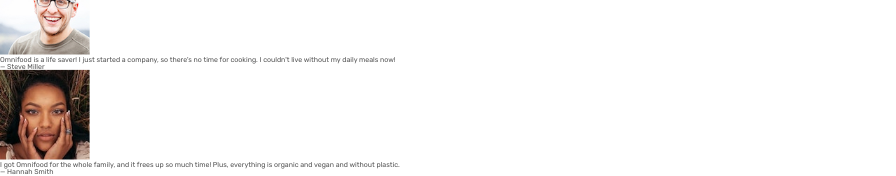
Repository: TranPhucThinh/Omnifood
Page: index.html
The author's editor kept a copy of each file at every save. The page is drawn from the files as they stood at one save, then again after the next save.
The browser window is 1280 px wide. The pictures show the part of the page from y = 4127 to 6047 px (the page is 4378 px tall before and 14001 px after), at 70% of full size.

Above is the page before, as saved 2022-08-06 21:29:06.

### index.html
<!DOCTYPE html>
<html lang="en">

<head>
    <meta charset="UTF-8">
    <meta http-equiv="X-UA-Compatible" content="IE=edge">
    <meta name="viewport" content="width=device-width, initial-scale=1.0">

    <link rel="preconnect" href="https://fonts.googleapis.com">
    <link rel="preconnect" href="https://fonts.gstatic.com" crossorigin>
    <link href="https://fonts.googleapis.com/css2?family=Rubik:wght@300;400;500;600;700;800;900&display=swap"
        rel="stylesheet">

    <link rel="stylesheet" href="./assets/styles/general.css">
    <link rel="stylesheet" href="./assets/styles/style.css">

    <title>Omnifood</title>
</head>

<body>
    <!-- SECTION HEADER -->
    <div class="header">
        <a href="#">
            <img src="./assets/imgs/omnifood-logo.png" alt="Omnifood logo" class="header-logo">
        </a>
        <nav class="main-nav">
            <ul class="main-nav-list">
                <li>
                    <a href="#" class="main-nav-link">How it works</a>
                </li>
                <li>
                    <a href="#" class="main-nav-link">Meals</a>
                </li>
                <li>
                    <a href="#" class="main-nav-link">Testimonials</a>
                </li>
                <li>
                    <a href="#" class="main-nav-link">Pricing</a>
                </li>
                <li>
                    <a href="#" class="main-nav-link nav-btn">Try for free</a>
                </li>
            </ul>
        </nav>
    </div>
    <!-- End of SECTION HEADER -->

    <!-- SECTION HERO -->
    <section class="section-hero">
        <div class="hero">
            <div class="hero-text-box">
                <h1 class="heading-primary">A healthy meal delivered to your door, every single day</h1>
                <p class="hero-desc margin-bottom-md">The smart 365-days-per-year food subscription that will make you
                    eat healthy again.
                    Tailored to your personal tastes and nutritional needs.</p>
                <a href="#" class="btn btn--full margin-right-sm">Start eating well</a>
                <a href="#" class="btn btn--outline">Learn more ⬇</a>
                <div class="delivered-meals">
                    <div class="delivered-imgs">
                        <img src="./assets/imgs/customers/customer-1.jpg" alt="customer 1">
                        <img src="./assets/imgs/customers/customer-2.jpg" alt="customer 2">
                        <img src="./assets/imgs/customers/customer-3.jpg" alt="customer 3">
                        <img src="./assets/imgs/customers/customer-4.jpg" alt="customer 4">
                        <img src="./assets/imgs/customers/customer-5.jpg" alt="customer 5">
                        <img src="./assets/imgs/customers/customer-6.jpg" alt="customer 6">
                    </div>
                    <p class="delivered-text">
                        <span>250,000+</span> meals delivered last year!
                    </p>
                </div>
            </div>
            <div class="hero-img-box">
                <img src="./assets/imgs/hero.png"
                    alt="woman enjoy food, meals in storage container, and food bowls on a table" class="hero-img">
            </div>
        </div>
    </section>
    <!-- End of SECTION HERO -->

    <!-- SECTION FEATURED -->
    <section class="section-featured">
        <div class="container">
            <h2 class="heading-feature-in">As featured in</h2>
            <div class="logos">
                <img src="./assets/imgs/logos/techcrunch.png" alt="Techcrunch logo">
                <img src="./assets/imgs/logos/business-insider.png" alt="business insider logo">
                <img src="./assets/imgs/logos/the-new-york-times.png" alt="The new york time logo">
                <img src="./assets/imgs/logos/forbes.png" alt="Forbes logo">
                <img src="./assets/imgs/logos/usa-today.png" alt="Usa today logo">
            </div>
        </div>
    </section>
    <!-- End of SECTION FEATURED -->

    <!-- SECTION HOW IT WORKS -->
    <section class="section-how">
        <div class="container">
            <p class="subheading">HOW IT WORKS</p>
            <h2 class="heading-secondary">Your daily dose of health in 3 simple steps</h2>
        </div>
        <div class="container grid grid--2-cols grid--center-vertical">
            <!-- STEP 1 -->
            <div class="step-text-box">
                <div class="step-number">01</div>
                <h3 class="heading-tertiary">Tell us what you like (and what not)</h3>
                <p class="step-desc">Never again waste time thinking about what to eat! Omnifood AI will create a 100%
                    personalized weekly meal plan just for you. It makes sure you get all the nutrients and vitamins you
                    need, no matter what diet you follow!</p>
            </div>
            <div class="step-img-box">
                <img src="./assets/imgs/app/app-screen-1.png" alt="iPhone app preferences selection screen"
                    class="step-img">
            </div>

            <!-- STEP 2 -->
            <div class="step-img-box">
                <img src="./assets/imgs/app/app-screen-2.png" alt="iPhone app
                meal approving plan screen" class="step-img">
            </div>
            <div class="step-text-box">
                <div class="step-number">02</div>
                <h3 class="heading-tertiary">Approve your weekly meal plan</h3>
                <p class="step-desc">Once per week, approve the meal plan generated for you by Omnifood AI. You can
                    change ingredients, swap entire meals, or even add your own recipes.</p>
            </div>

            <!-- STEP 3 -->
            <div class="step-text-box">
                <div class="step-number">03</div>
                <h3 class="heading-tertiary">Receive meals at convenient time</h3>
                <p class="step-desc">Best chefs in town will cook your selected meal every day, and we will deliver it
                    to your door whenever works best for you. You can change delivery schedule and address daily!</p>
            </div>
            <div class="step-img-box">
                <img src="./assets/imgs/app/app-screen-3.png" alt="iPhone app
                delivery screen" class="step-img">
            </div>
        </div>
    </section>
    <!-- End of SECTION HOW IT WORKS -->

    <!-- SECTION MEALS -->
    <section class="section-meals">
        <div class="container center-text">
            <p class="subheading">Meals</p>
            <h2 class="heading-secondary">Omnifood AI chooses from 5,000+ recipes</h2>
        </div>
        <div class="container grid grid--3-cols margin-bottom-md">
            <div class="meal">
                <img src="./assets/imgs/meals/meal-1.jpg" alt="Japanese Gyozas" class="meal-img">
                <div class="meal-content">
                    <div class="meal-tag">
                        <p class="tag tag--vegetarian">vegetarian</p>
                    </div>
                    <p class="meal-title">Japanese Gyozas</p>
                    <ul class="meal-attributes">
                        <li class="meal-attribute">
                            <ion-icon class="meal-icon" name="flame-outline"></ion-icon>
                            <span><strong>650</strong> calories</span>
                        </li>
                        <li class="meal-attribute">
                            <ion-icon class="meal-icon" name="restaurant-outline"></ion-icon>
                            <span>NutriScore ® <strong>74</strong></span>
                        </li>
                        <li class="meal-attribute">
                            <ion-icon class="meal-icon" name="star-outline"></ion-icon>
                            <span><strong>4.9</strong> rating (537)</span>
                        </li>
                    </ul>
                </div>
            </div>
            <div class="meal">
                <img src="./assets/imgs/meals/meal-2.jpg" alt="Avocado Salad" class="meal-img">
                <div class="meal-content">
                    <div class="meal-tag">
                        <p class="tag tag--vegan">vegan</p>
                        <p class="tag tag---paleo">paleo</p>
                    </div>
                    <p class="meal-title">Avocado Salad</p>
                    <ul class="meal-attributes">
                        <li class="meal-attribute">
                            <ion-icon class="meal-icon" name="flame-outline"></ion-icon>
                            <span><strong>400</strong> calories</span>
                        </li>
                        <li class="meal-attribute">
                            <ion-icon class="meal-icon" name="restaurant-outline"></ion-icon>
                            <span>NutriScore ® <strong>92</strong></span>
                        </li>
                        <li class="meal-attribute">
                            <ion-icon class="meal-icon" name="star-outline"></ion-icon>
                            <span><strong>4.8</strong> rating (441)</span>
                        </li>
                    </ul>
                </div>
            </div>
            <div class="diet">
                <h3 class="heading-tertiary">Works with any diet:</h3>
                <ul class="list">
                    <li class="list-item">
                        <ion-icon class="list-icon" name="checkmark-outline"></ion-icon>
                        <span>Vegetarian</span>
                    </li>
                    <li class="list-item">
                        <ion-icon class="list-icon" name="checkmark-outline"></ion-icon>
                        <span>Vegan</span>
                    </li>
                    <li class="list-item">
                        <ion-icon class="list-icon" name="checkmark-outline"></ion-icon>
                        <span>Pescatarian</span>
                    </li>
                    <li class="list-item">
                        <ion-icon class="list-icon" name="checkmark-outline"></ion-icon>
                        <span>Gluten-free</span>
                    </li>
                    <li class="list-item">
                        <ion-icon class="list-icon" name="checkmark-outline"></ion-icon>
                        <span>Lactose-free</span>
                    </li>
                    <li class="list-item">
                        <ion-icon class="list-icon" name="checkmark-outline"></ion-icon>
                        <span>Keto</span>
                    </li>
                    <li class="list-item">
                        <ion-icon class="list-icon" name="checkmark-outline"></ion-icon>
                        <span>Paleo</span>
                    </li>
                    <li class="list-item">
                        <ion-icon class="list-icon" name="checkmark-outline"></ion-icon>
                        <span>Low FODMAP</span>
                    </li>
                    <li class="list-item">
                        <ion-icon class="list-icon" name="checkmark-outline"></ion-icon>
                        <span>Kid-friendly</span>
                    </li>
                </ul>
            </div>
        </div>
        <div class="container all-recipes center-text">
            <a href="#" class="link">See all recipes ➡</a>
        </div>
    </section>
    <!-- End of SECTION MEALS -->

    <!-- SECTION TESTIMONIALS -->
    <div class="section-testimonials">
        <div class="testimonials-container">
            <div class="subheading">testimonials</div>
            <div class="heading-secondary">Once you try it, you can't go back</div>
            <div class="testimonials">
                <div class="testimonial">
                    <img src="./assets/imgs/customers/dave.jpg" alt="Photo of customer Dave Bryson"
                        class="testimonial-img">
                    <blockquote class="testimonial-text">Inexpensive, healthy and great-tasting meals, without even
                        having to order manually! It feels truly magical.</blockquote>
                    <p class="testimonial-name">— Dave Bryson</p>
                </div>
                <div class="testimonial">
                    <img src="./assets/imgs/customers/ben.jpg" alt="Photo of customer Ben Hadley"
                        class="testimonial-img">
                    <blockquote class="testimonial-text">The AI algorithm is crazy good, it chooses the right meals for
                        me every time. It's amazing not to worry about food anymore!</blockquote>
                    <p class="testimonial-name">— Ben Hadley</p>
                </div>
                <div class="testimonial">
                    <img src="./assets/imgs/customers/steve.jpg" alt="Photo of customer Steve Miller"
                        class="testimonial-img">
                    <blockquote class="testimonial-text">Omnifood is a life saver! I just started a company, so there's
                        no time for cooking. I couldn't live without my daily meals now!</blockquote>
                    <p class="testimonial-name">— Steve Miller</p>
                </div>
                <div class="testimonial">
                    <img src="./assets/imgs/customers/hannah.jpg" alt="Photo of customer Hannah Smith"
                        class="testimonial-img">
                    <blockquote class="testimonial-text">I got Omnifood for the whole family, and it frees up so much
                        time! Plus, everything is organic and vegan and without plastic.</blockquote>
                    <p class="testimonial-name">— Hannah Smith</p>
                </div>
            </div>
        </div>
        <div class="gallery">

        </div>
    </div>
    <!-- End of SECTION TESTIMONIALS -->

    <script type="module" src="https://unpkg.com/ionicons@5.5.2/dist/ionicons/ionicons.esm.js"></script>
    <script nomodule src="https://unpkg.com/ionicons@5.5.2/dist/ionicons/ionicons.js"></script>
</body>

</html>

### assets/styles/general.css
* {
  margin: 0;
  padding: 0;
  box-sizing: border-box;
}

html {
  font-size: 62.5%;
}

body {
  font-family: 'Rubik', sans-serif;
  line-height: 1;
  font-weight: 400;
  color: #555;
}

/* GENERAL REUSABLE COMPONENTS */
.container {
  max-width: 120rem;
  padding: 0 3.2rem;
  margin: 0 auto;
}

.grid {
  display: grid;
  row-gap: 9.6rem;
  column-gap: 6.4rem;
}

.grid--2-cols {
  grid-template-columns: repeat(2, 1fr);
}

.grid--3-cols {
  grid-template-columns: repeat(3, 1fr);
}

.grid--4-cols {
  grid-template-columns: repeat(4, 1fr);
}

.grid--center-vertical {
  align-items: center;
}

.heading-primary,
.heading-secondary,
.heading-tertiary {
  letter-spacing: -0.5px;
  color: #333;
  font-weight: 700;
}

.heading-primary {
  line-height: 1.05;
  font-size: 5.2rem;
  margin-bottom: 3.2rem;
}

.heading-secondary {
  font-size: 4.4rem;
  line-height: 1.2;
  margin-bottom: 9.6rem;
}

.heading-tertiary {
  font-size: 3rem;
  line-height: 1.2;
  margin-bottom: 3.2rem;
}

.subheading {
  font-size: 1.6rem;
  color: #cf711f;
  margin-bottom: 1.6rem;
  font-weight: 500;
  letter-spacing: 0.75px;
}

.hero-text-box .btn:link,
.hero-text-box .btn:visited {
  text-decoration: none;
  font-size: 2rem;
  font-weight: 600;
  display: inline-block;
  border-radius: 8px;
  padding: 1.6rem 3.2rem;
  transition: all 0.3s;
}

.hero-text-box .btn--full:link,
.hero-text-box .btn--full:visited {
  color: #fff;
  background-color: #e67e22;
}

.hero-text-box .btn--full:hover,
.hero-text-box .btn--full:active {
  background-color: #cf711f;
}

.hero-text-box .btn--outline:link,
.hero-text-box .btn--outline:visited {
  color: #555;
  background-color: #fff;
  border: -4px solid #fff;
}

.hero-text-box .btn--outline:hover,
.hero-text-box .btn--outline:active {
  background-color: #fdf2e9;
}

.step-img-box::before,
.step-img-box::after {
  content: '';
  display: block;
  position: absolute;
  top: 50%;
  left: 50%;
  transform: translate(-50%, -50%);
  border-radius: 50%;
}

.center-text {
  text-align: center;
}

.margin-right-sm {
  margin-right: 1.6rem !important;
}

.margin-bottom-md {
  margin-bottom: 4.8rem !important;
}
/* END of GENERAL REUSABLE COMPONENTS */

### assets/styles/style.css
/* Section Header */
.header {
  display: flex;
  justify-content: space-between;
  height: 9.6rem;
  align-items: center;
  padding: 0 4.8rem;
  background-color: #fdf2e9;
}

.header-logo {
  height: 2.2rem;
}

.main-nav-list {
  display: flex;
  list-style-type: none;
  gap: 3.2rem;
}

.main-nav-link:link,
.main-nav-link:visited {
  text-decoration: none;
  font-size: 1.8rem;
  color: #333;
  font-weight: 500;
  transition: all 0.3s;
}

.main-nav-link:hover,
.main-nav-link:active {
  color: #cf711f;
}

.main-nav-link.nav-btn:link,
.main-nav-link.nav-btn:visited {
  padding: 1.2rem 2.4rem;
  border-radius: 9px;
  background-color: #e67e22;
  color: #fff;
}

.main-nav-link.nav-btn:hover,
.main-nav-link.nav-btn:active {
  color: #fff;
  background-color: #cf711f;
}
/* End of Section Header */

/* Section Hero */
.section-hero {
  background-color: #fdf2e9;
  padding: 4.8rem 0 9.6rem;
}

.hero {
  max-width: 130rem;
  margin: 0 auto;
  display: grid;
  grid-template-columns: 1fr 1fr;
  gap: 9.6rem;
  padding: 0 3.2rem;
  align-items: center;
}

.hero-text-box .hero-desc {
  font-size: 2rem;
  color: #555;
  line-height: 1.6;
  /* margin-bottom: 4.8rem; */
}

.hero-img-box .hero-img {
  width: 100%;
}

.delivered-meals {
  margin-top: 8rem;
  display: flex;
  align-items: center;
  gap: 1.6rem;
}

.delivered-imgs {
  display: flex;
}

.delivered-imgs img {
  width: 4.8rem;
  height: 4.8rem;
  border-radius: 50%;
  border: 3px solid #fff;
  margin-right: -1.6rem;
}

.delivered-imgs img:last-child {
  margin-right: 0;
}

.delivered-text {
  font-size: 1.8rem;
  font-weight: 600;
}

.delivered-text span {
  font-weight: 700;
  color: #cf711f;
}
/* End of Section Hero */

/* Section featured */
.section-featured {
  padding: 4.8rem 0 3.2rem;
}
.logos {
  display: flex;
  justify-content: space-around;
}

.heading-feature-in {
  font-size: 1.4rem;
  text-transform: uppercase;
  letter-spacing: 0.75px;
  font-weight: 500;
  color: #888;
  text-align: center;
  margin-bottom: 2.4rem;
}

.section-featured img {
  height: 3.2rem;
  filter: brightness(0%);
  opacity: 0.5;
}
/* End of Section featured */

/* Section how it works */
.section-how {
  padding: 9.6rem 0;
}
.step-number {
  font-size: 8.6rem;
  color: #ddd;
  font-weight: 600;
  margin-bottom: 1.2rem;
}

.step-desc {
  font-size: 1.8rem;
  color: #555;
  line-height: 1.8;
}

.step-img-box {
  text-align: center;
  position: relative;
}

.step-img-box::before {
  width: 60%;
  padding-bottom: 60%;

  background-color: #fdf2e9;
  z-index: -2;
}

.step-img-box::after {
  width: 45%;
  padding-bottom: 45%;
  background-color: #fae5d3;
  z-index: -1;
}

.step-img {
  width: 35%;
}
/* End of Section how it works */

/* Section meals */
.section-meals {
  padding: 9.6rem 0;
}
.meal {
  border-radius: 12px;
  overflow: hidden;
  box-shadow: 0 2.4rem 4.8rem rgb(0 0 0 / 8%);
  transition: all 0.4s;
}

.meal:hover {
  transform: translateY(-1.2rem);
}

.meal-img {
  width: 100%;
  display: block;
}

.meal-content {
  padding: 3.2rem 4.8rem 4.8rem;
}

.meal-tag {
  margin-bottom: 1.2rem;
}

.tag {
  display: inline-block;
  font-size: 1.2rem;
  text-transform: uppercase;
  color: #333;
  font-weight: 600;
  padding: 4px 8px;
  border-radius: 12px;
}

.tag--vegetarian {
  background-color: #51cf66;
}

.tag--vegan {
  background-color: #94d82d;
  margin-right: 2px;
}

.tag---paleo {
  background-color: #ffd43b;
}

.meal-title {
  font-size: 2.4rem;
  color: #333;
  font-weight: 600;
  margin-bottom: 3.2rem;
}

.meal-attributes {
  list-style-type: none;
  display: flex;
  flex-direction: column;
  justify-content: space-between;
  gap: 2rem;
}

.meal-attribute {
  font-size: 1.8rem;
  display: flex;
  gap: 1.6rem;
  align-items: center;
}

.meal-attribute strong {
  font-weight: 500;
}

.meal-attribute .meal-icon {
  width: 2.4rem;
  height: 2.4rem;
  color: #e67e22;
}

.list {
  list-style-type: none;
  display: flex;
  flex-direction: column;
  gap: 1.6rem;
}

.list-item {
  display: flex;
  gap: 1.6rem;
  align-items: center;
  font-size: 1.8rem;
}

.list-icon {
  width: 3rem;
  height: 3rem;
  color: #e67e22;
}

.link:link,
.link:visited {
  font-size: 1.8rem;
  border-bottom: 1px solid #e67e22;
  color: #e67e22;
  text-decoration: none;
  transition: all 0.3s;
}

.link:hover,
.link:active {
  color: #cf711f;
  border-bottom: 1px solid transparent;
}
/* End of Section meals */

After the next save:
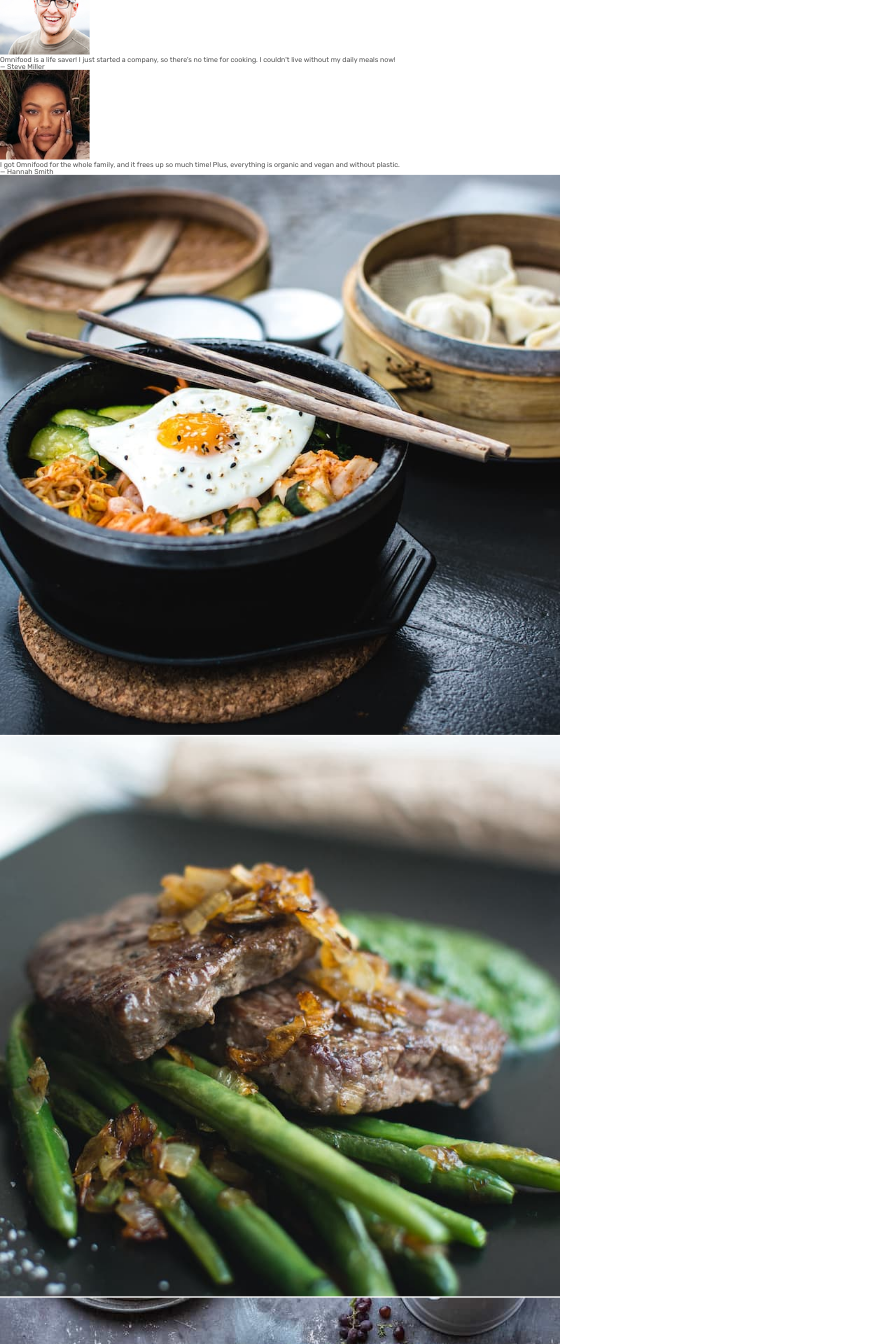
Saved 2 min 42 s later.
--- a/index.html
+++ b/index.html
@@ -278,7 +278,30 @@
             </div>
         </div>
         <div class="gallery">
-
+            <img src="./assets/imgs/gallery/gallery-1.jpg" alt="Photo of beautifully arranged food"
+                class="gallery-item">
+            <img src="./assets/imgs/gallery/gallery-2.jpg" alt="Photo of beautifully arranged food"
+                class="gallery-item">
+            <img src="./assets/imgs/gallery/gallery-3.jpg" alt="Photo of beautifully arranged food"
+                class="gallery-item">
+            <img src="./assets/imgs/gallery/gallery-4.jpg" alt="Photo of beautifully arranged food"
+                class="gallery-item">
+            <img src="./assets/imgs/gallery/gallery-5.jpg" alt="Photo of beautifully arranged food"
+                class="gallery-item">
+            <img src="./assets/imgs/gallery/gallery-6.jpg" alt="Photo of beautifully arranged food"
+                class="gallery-item">
+            <img src="./assets/imgs/gallery/gallery-7.jpg" alt="Photo of beautifully arranged food"
+                class="gallery-item">
+            <img src="./assets/imgs/gallery/gallery-8.jpg" alt="Photo of beautifully arranged food"
+                class="gallery-item">
+            <img src="./assets/imgs/gallery/gallery-9.jpg" alt="Photo of beautifully arranged food"
+                class="gallery-item">
+            <img src="./assets/imgs/gallery/gallery-10.jpg" alt="Photo of beautifully arranged food"
+                class="gallery-item">
+            <img src="./assets/imgs/gallery/gallery-11.jpg" alt="Photo of beautifully arranged food"
+                class="gallery-item">
+            <img src="./assets/imgs/gallery/gallery-12.jpg" alt="Photo of beautifully arranged food"
+                class="gallery-item">
         </div>
     </div>
     <!-- End of SECTION TESTIMONIALS -->
